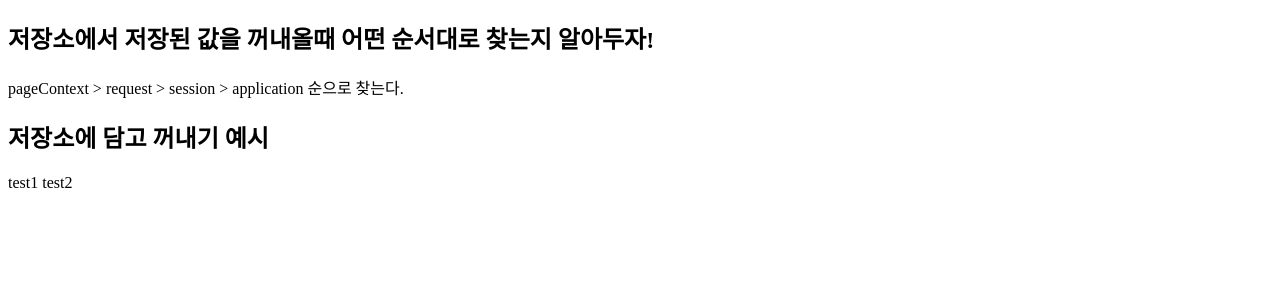
Repository: juntae710/acorn_web
Page: http://localhost/ptj0908/el5
The author's editor kept a copy of each file at every save. The page is drawn from the files as they stood at one save, then again after the next save.
The browser window is 1280 px wide. The pictures show the whole page.
The page is served by Tomcat 9. Other server files are loaded and not shown.

Above is the page before, as saved 2023-09-08 02:07:13.

### ptj0908/src/main/webapp/WEB-INF/views/el5.jsp
<%@ page language="java" contentType="text/html; charset=UTF-8"
	pageEncoding="UTF-8"%>
<!DOCTYPE html>
<html>
<head>
<meta charset="UTF-8">
<title>Insert title here</title>
</head>
<body>
<h2>저장소에서 저장된 값을 꺼내올때 어떤 순서대로 찾는지 알아두자!</h2>
pageContext > request > session > application 순으로 찾는다.

<h2>저장소에 담고 꺼내기 예시</h2>
<%
pageContext.setAttribute("test", "test1");
request.setAttribute("test", "test2");
session.setAttribute("test", "test3");
application.setAttribute("test", "test4");
%>

${test }
${requestScope.test }
</body>
</html>

### ptj0908/src/main/java/elprj/El5.java
package elprj;

import java.io.IOException;

import javax.servlet.ServletException;
import javax.servlet.annotation.WebServlet;
import javax.servlet.http.HttpServlet;
import javax.servlet.http.HttpServletRequest;
import javax.servlet.http.HttpServletResponse;

@WebServlet("/el5")
public class El5 extends HttpServlet {
	@Override
	protected void doGet(HttpServletRequest req, HttpServletResponse resp) throws ServletException, IOException {

		req.getRequestDispatcher("WEB-INF/views/el5.jsp").forward(req, resp);
	}
}

After the next save:
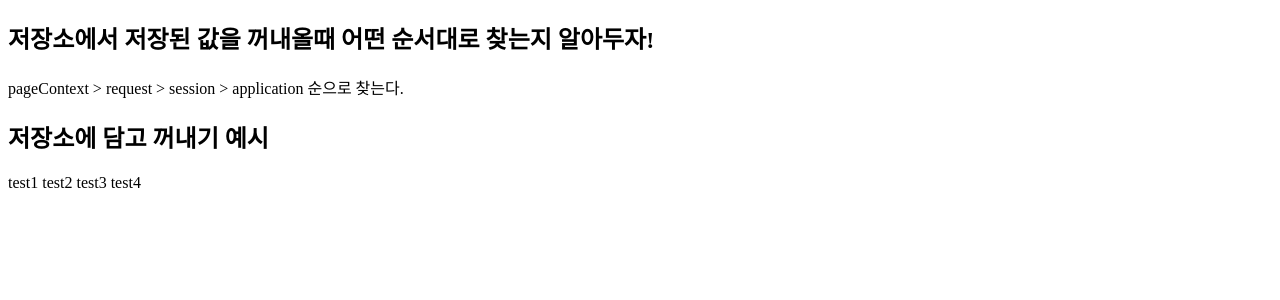
Saved 64 s later.
--- a/ptj0908/src/main/webapp/WEB-INF/views/el5.jsp
+++ b/ptj0908/src/main/webapp/WEB-INF/views/el5.jsp
@@ -20,5 +20,8 @@ application.setAttribute("test", "test4");
 
 ${test }
 ${requestScope.test }
+${pageContextScope.test }
+${sessionScope.test }
+${applicationScope.test }
 </body>
 </html>
